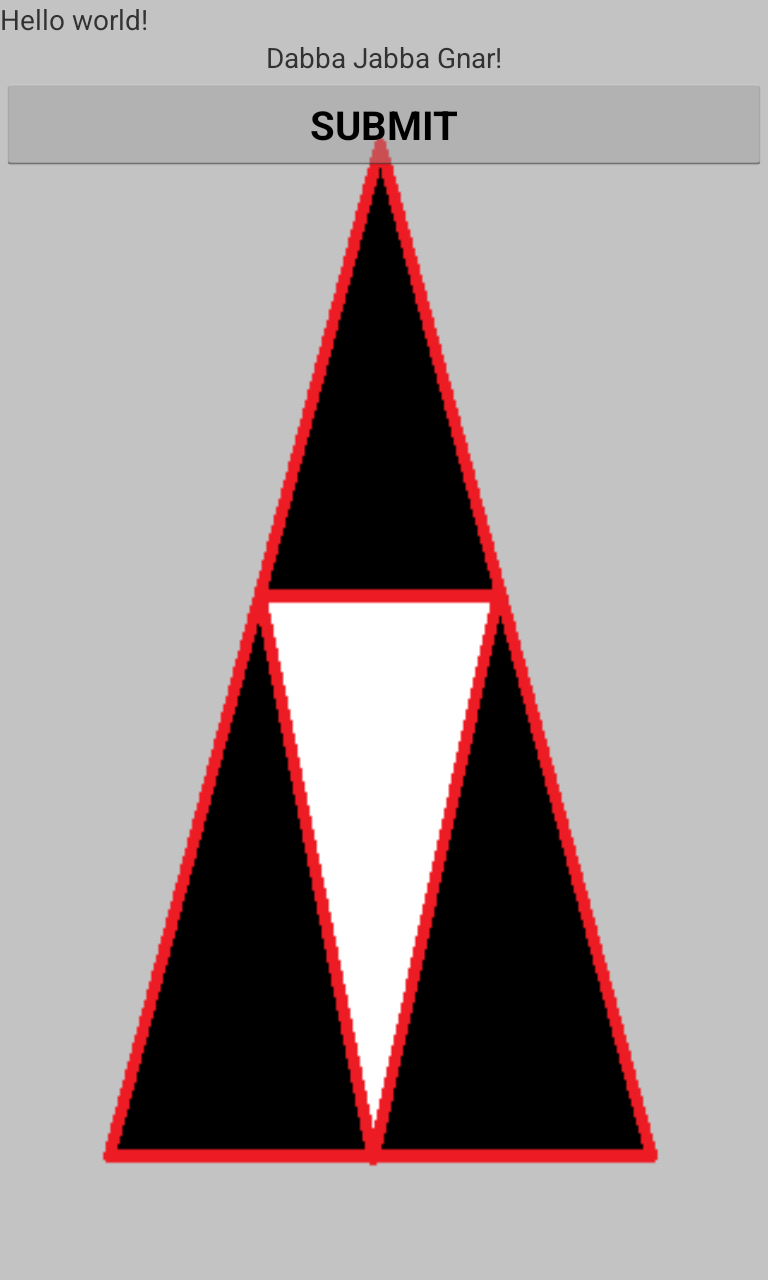
Repository: IgnacioRV/AndroidDev
Layout: ProjectYasuo/res/layout/main2.xml
These files come from the project's save history. The layout is drawn as it stood at one moment and after the next save; the edit follows.
It is drawn on a 768 x 1280 px phone screen (xhdpi) without system bars, with theme AppTheme; the app's code is not run.

Above is the layout before, as saved 2016-01-21 16:13:11.

### ProjectYasuo/res/layout/main2.xml
<?xml version="1.0" encoding="utf-8"?>
<LinearLayout xmlns:android="http://schemas.android.com/apk/res/android"
    android:layout_width="fill_parent"
    android:layout_height="fill_parent"
    android:orientation="vertical"
    android:background="@drawable/bck">

    <TextView
        android:layout_width="fill_parent"
        android:layout_height="wrap_content"
        android:text="@string/hello_world" />

    <TextView
        android:layout_width="fill_parent"
        android:layout_height="wrap_content"
        android:text="@string/FirstWords"
        android:gravity="center"
        />

    <Button
        android:layout_width="fill_parent"
        android:layout_height="wrap_content"
        android:text="@string/button1"
        android:textSize="20sp"
        android:textStyle="bold" />

</LinearLayout>

### ProjectYasuo/res/values/strings.xml
<?xml version="1.0" encoding="utf-8"?>
<resources>

    <string name="app_name">ProjectYasuo</string>
    <string name="hello_world">Hello world!</string>
    <string name="FirstWords">Dabba Jabba Gnar!</string>
    <string name="button1">SUBMIT</string>

</resources>

Loaded but not shown: ProjectYasuo/res/values/styles.xml (common file); ProjectYasuo/res/values-v11/styles.xml (common file); ProjectYasuo/res/values-v14/styles.xml (common file)

After the next save:
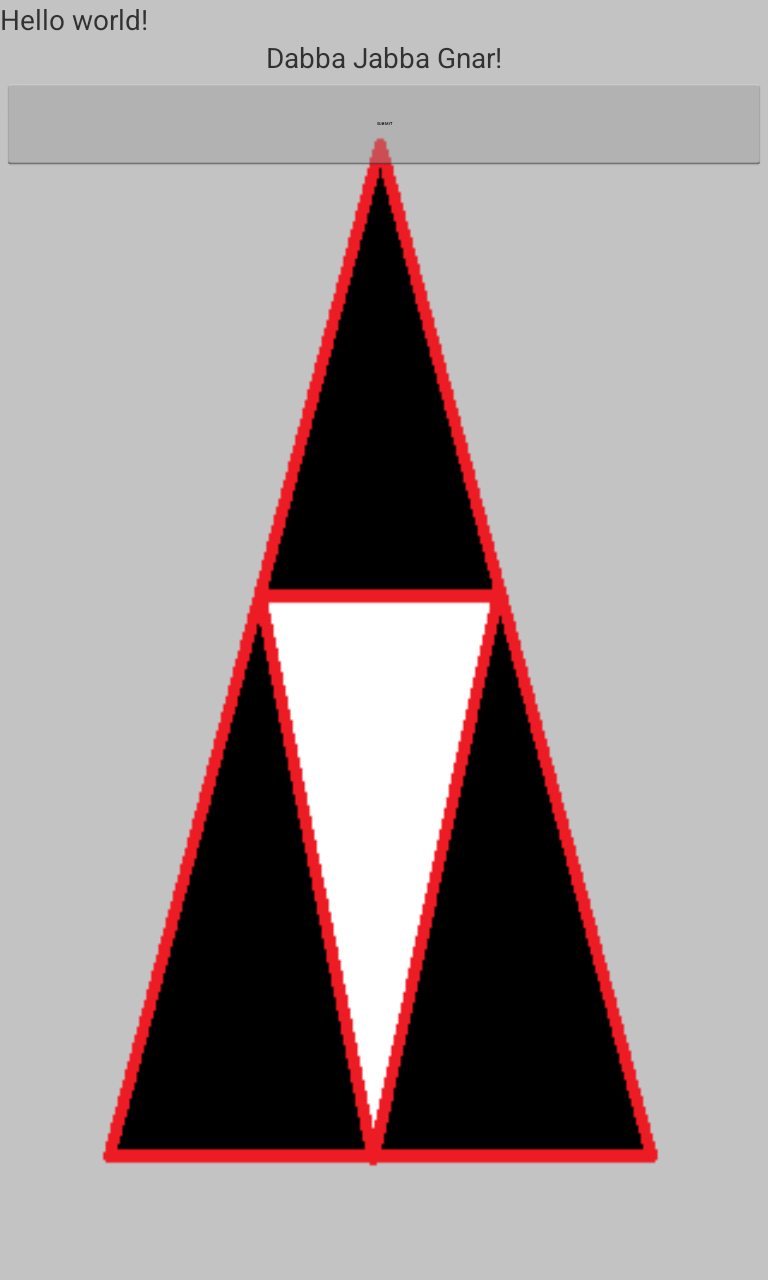
Saved 6 s later.
--- a/ProjectYasuo/res/layout/main2.xml
+++ b/ProjectYasuo/res/layout/main2.xml
@@ -21,7 +21,7 @@
         android:layout_width="fill_parent"
         android:layout_height="wrap_content"
         android:text="@string/button1"
-        android:textSize="20sp"
+        android:textSize="2sp"
         android:textStyle="bold" />
 
 </LinearLayout>
